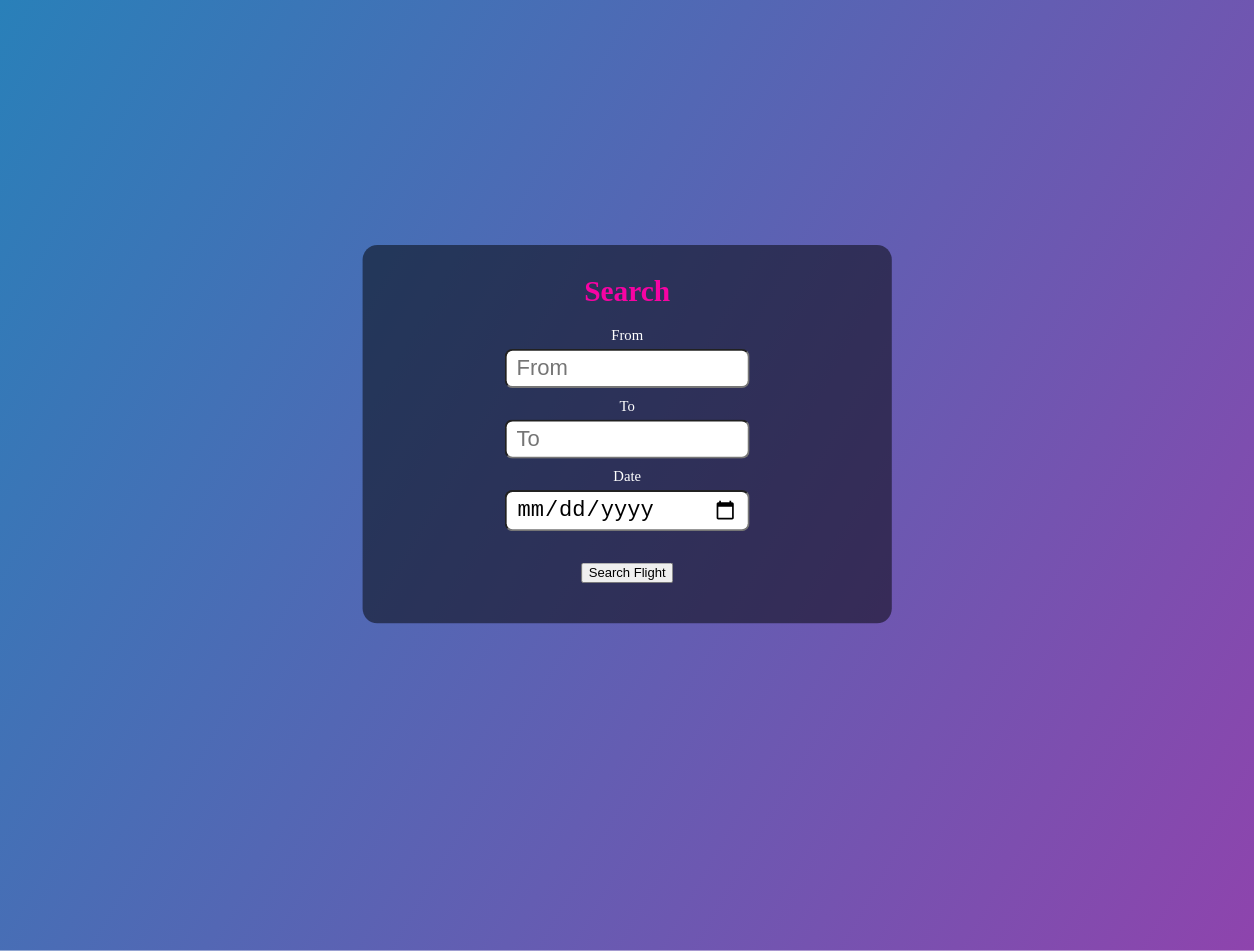
Repository: kalpesh3070/backend2
Page: flyaway/src/main/webapp/Home.html
An editor plug-in stored every save of this project. The page is shown before and after the next save, followed by the edit.
The browser window is 1280 px wide. The pictures show the whole page, at 98% of full size.

Above is the page before, as saved 2022-11-13 19:09:33.

### flyaway/src/main/webapp/Home.html
<!DOCTYPE html>
<html>
<head>
<meta charset="ISO-8859-1">
<link rel="stylesheet" href="home.css">
<title>Go Airways</title>
</head>
<body>
<form action="search">
<div class="lable">
<center>


<h1>Search</h1>
<div class= "body">

<lable for="from" >From</lable>
<div class="input">
<input  type="text" name="from" placeholder="From"><br>
</div>

<div class="input">
<lable for="to">To</lable>
<input type="text" name="To" placeholder="To"><br>
</div>

<div class="input">
<lable>Date</lable><input type="date" name="date"><br>
</div>

<div class="submit">
<input type="submit" value="Search Flight">
</div>

</div>
</div>
</form>
</center>
</div>
</body>
</html>

### flyaway/src/main/webapp/home.css
@charset "ISO-8859-1";
body{
margin: 0;
padding: 0;
font-family: montserrat;
background: linear-gradient(120deg,#2980b9,#8e44ad);
height: 100vh;
overflow:hidden;
}

.lable{
width : 500px;
background-color: rgba(0,0,0,.5);
padding:10px 20px 30px;
margin:250px auto;
color:white;
font-size:15px;
border-radius: 15px;

}

.lable h1{
	color:#f603a3;
	text-align: center;
}

.lable lable{
	display:block;
}

.input input{

	width:50%;
	font-size:1.5em;
	box-shadow: 2px;
	border-radius: 8px;
	padding: 5px 10px;
	box-sizing: border-box;
	margin:5px 0px 10px;
}
.submit{
	text-align: center;
	margin:10px 0px 10px;
	width:50%;
	font-size:30px;








}

After the next save:
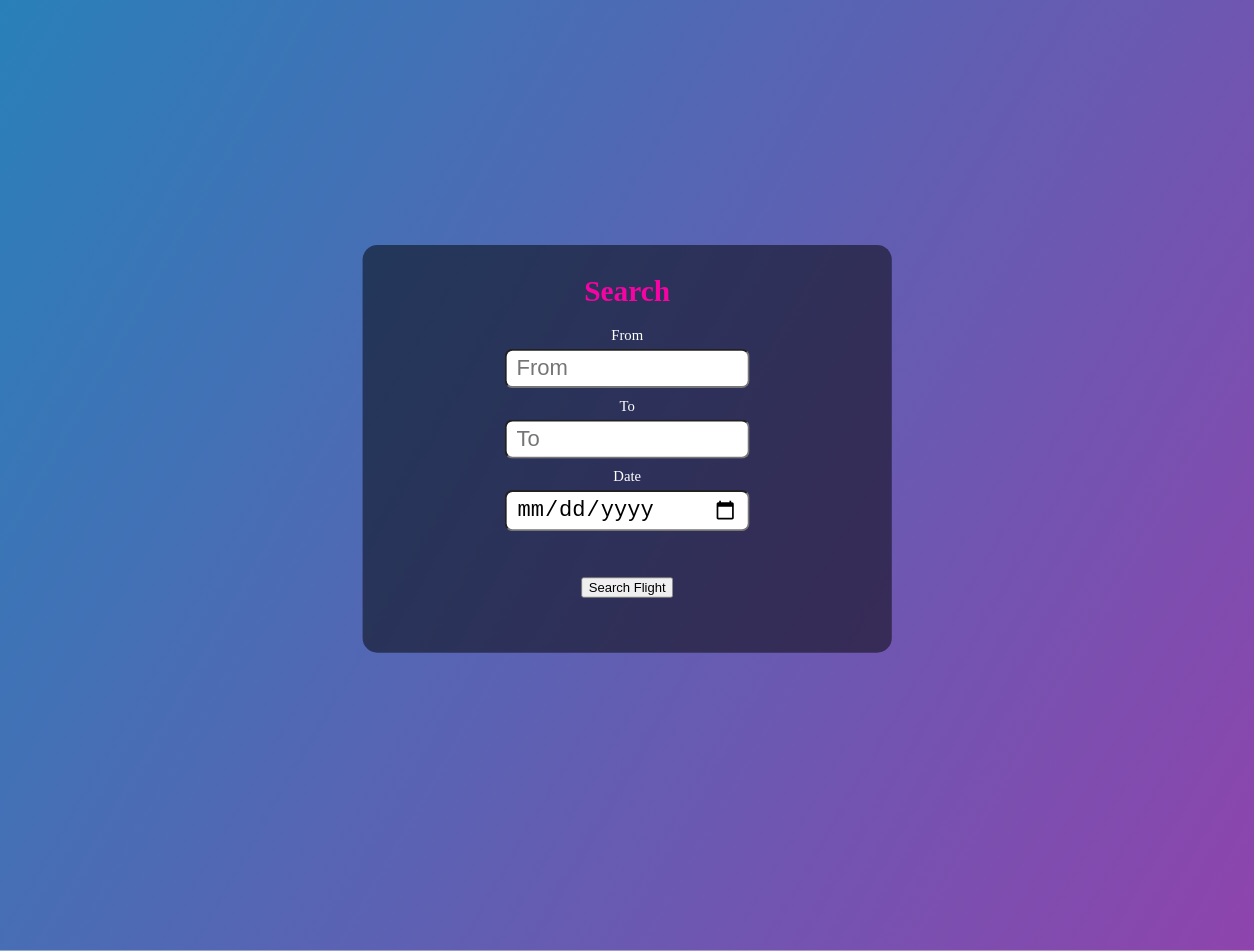
Saved 48 s later.
--- a/flyaway/src/main/webapp/home.css
+++ b/flyaway/src/main/webapp/home.css
@@ -43,7 +43,7 @@ border-radius: 15px;
 	margin:10px 0px 10px;
 	width:50%;
 	font-size:30px;
-
+	padding: 15px 25px;
 
 
 
